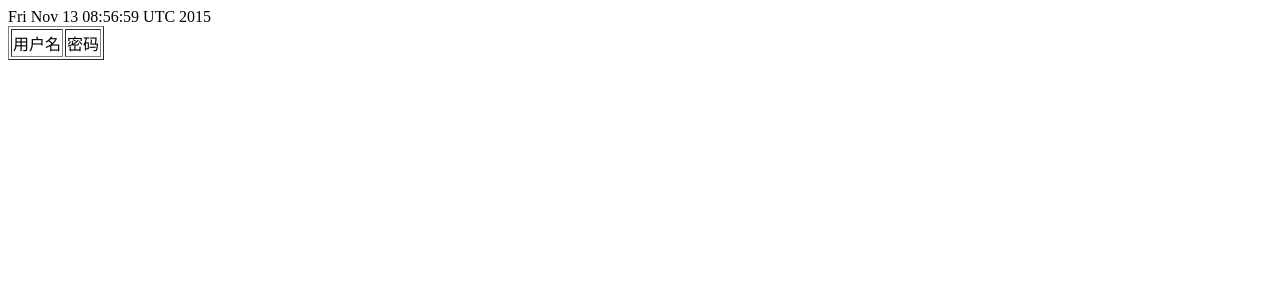
Repository: debug404/all
Page: http://localhost/MyFirstJsp/first.jsp
An editor plug-in stored every save of this project. The page is shown before and after the next save, followed by the edit.
The browser window is 1280 px wide. The pictures show the whole page.
The page is served by Tomcat 9. Other server files are loaded and not shown. Queries for data that is not in the repository find no rows.

Above is the page before, as saved 2015-11-16 03:05:11.

### MyFirstJsp/WebContent/first.jsp

<%@page import="java.util.Date,java.sql.*"%>
<%@ page language="java" contentType="text/html; charset=UTF-8"
	pageEncoding="UTF-8" errorPage="error.jsp"%>

<!DOCTYPE html PUBLIC "-//W3C//DTD HTML 4.01 Transitional//EN"
"http://www.w3.org/TR/html4/loose.dtd">
<html>
<head>
<meta http-equiv="Content-Type" content="text/html; charset=UTF-8">
<title>JSP</title>
</head>
<body>


	<%=new Date().toString()%>
	<table border="1">
		<tr>
			<td>用户名</td>
			<td>密码</td>
		</tr>


		<%
			Class.forName("oracle.jdbc.driver.OracleDriver");
			Connection con = DriverManager.getConnection("jdbc:oracle:thin:@172.16.110.106:1521:orcl", "zj", "123");
			Statement statement = con.createStatement();
			ResultSet rs = statement.executeQuery("select * from users");
			while (rs.next()) {
		%>
		<tr>
			<td><%=rs.getString("username")%></td>
			<td><%=rs.getString("passwd")%></td>
		</tr>

		<%
			}
		%>
	</table>
</body>
</html>

### MyFirstJsp/WebContent/error.jsp
<%@ page language="java" contentType="text/html; charset=UTF-8"
    pageEncoding="UTF-8"%>
<!DOCTYPE html PUBLIC "-//W3C//DTD HTML 4.01 Transitional//EN" "http://www.w3.org/TR/html4/loose.dtd">
<html>
<head>
<meta http-equiv="Content-Type" content="text/html; charset=UTF-8">
<title>Insert title here</title>
</head>
<body>
	页面错误！
</body>
</html>

After the next save:
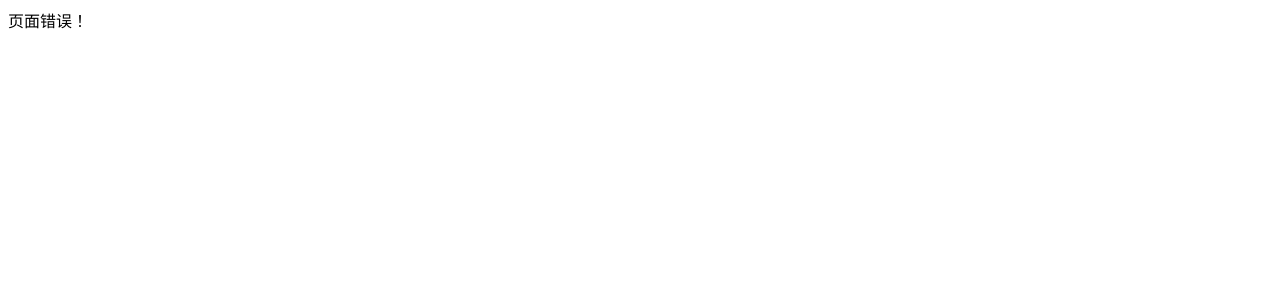
Saved 20 s later.
--- a/MyFirstJsp/WebContent/first.jsp
+++ b/MyFirstJsp/WebContent/first.jsp
@@ -22,7 +22,7 @@
 
 
 		<%
-			Class.forName("oracle.jdbc.driver.OracleDriver");
+			Class.forName("oracle.jdbc.driver.OracleDriver1");
 			Connection con = DriverManager.getConnection("jdbc:oracle:thin:@172.16.110.106:1521:orcl", "zj", "123");
 			Statement statement = con.createStatement();
 			ResultSet rs = statement.executeQuery("select * from users");

After the save that followed:
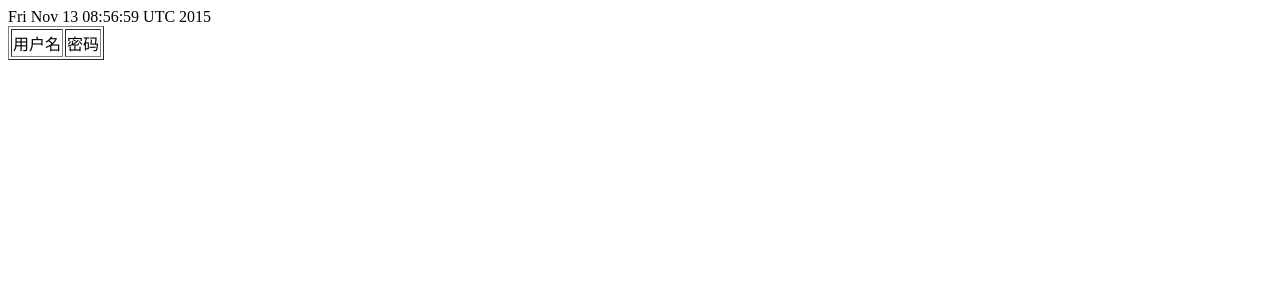
Saved 5 s later.
--- a/MyFirstJsp/WebContent/first.jsp
+++ b/MyFirstJsp/WebContent/first.jsp
@@ -22,7 +22,7 @@
 
 
 		<%
-			Class.forName("oracle.jdbc.driver.OracleDriver1");
+			Class.forName("oracle.jdbc.driver.OracleDriver");
 			Connection con = DriverManager.getConnection("jdbc:oracle:thin:@172.16.110.106:1521:orcl", "zj", "123");
 			Statement statement = con.createStatement();
 			ResultSet rs = statement.executeQuery("select * from users");
